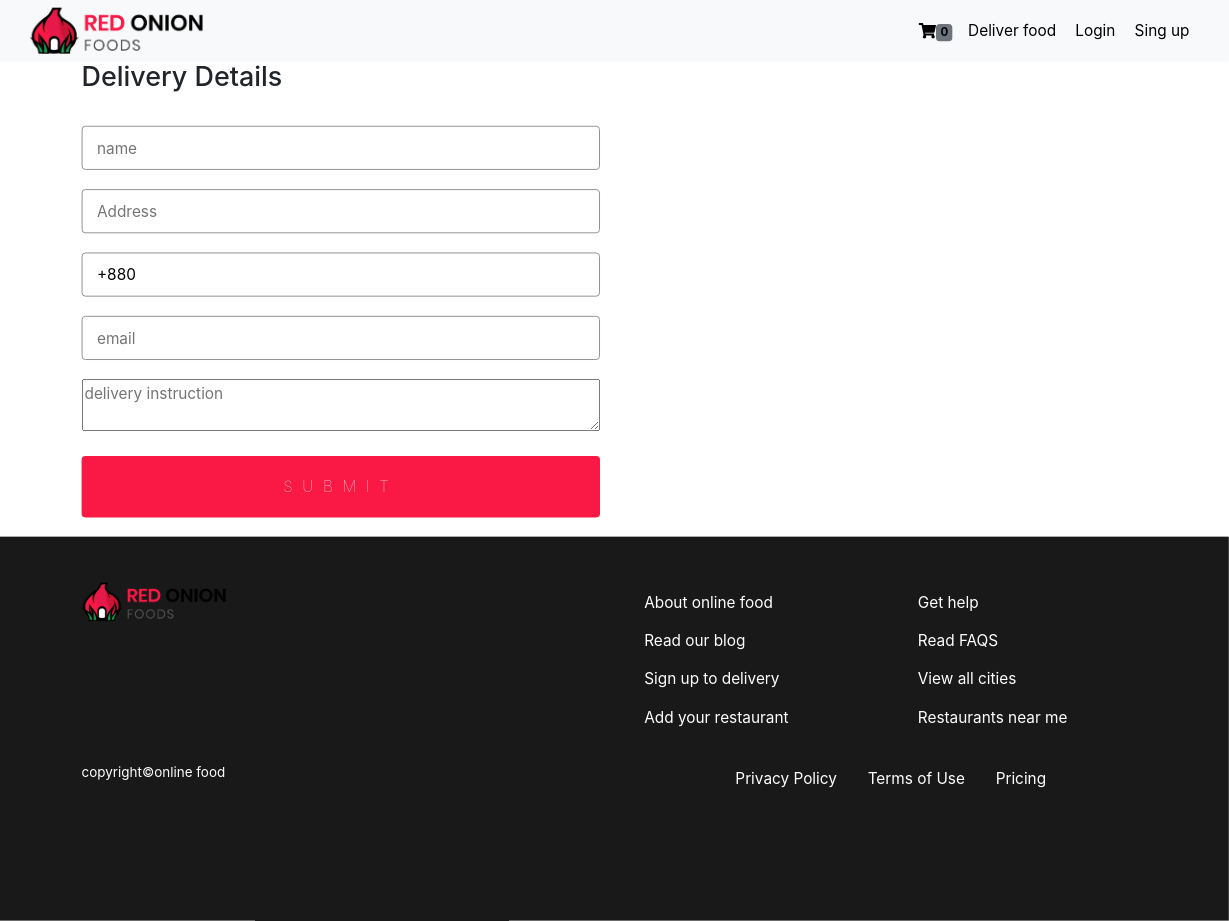
Repository: arif286/red-onion-client
Page: /cart
These files come from the project's save history. The page is drawn as it stood at one moment and after the next save; the edit follows.
The browser window is 1280 px wide. The pictures show the whole page, at 96% of full size.
The project was rebuilt for these pictures with package versions that can differ from the ones it lists, and the page was loaded fresh each time. Also part of the build but not shown: src/App.css, src/components/SearchBar/SearchBar.css, src/components/SearchBar/SearchBar.js, src/components/FoodDetails/FoodDetail.css, src/components/FoodDetails/FoodDetail.js, src/components/DeliveryFood/DeliveryFood.js, src/components/Food/Food.css, src/components/Food/FoodItem.js and 9 more.

Above is the page before, as saved 2021-03-30 16:38:10.

### src/App.js
import "bootstrap/dist/css/bootstrap.min.css";
import React, { createContext, useState } from "react";
import { BrowserRouter as Router, Route, Switch } from "react-router-dom";
import './App.css';
import Cart from "./components/Cart/Cart";
import FoodDetail from "./components/FoodDetails/FoodDetail";
import Footer from "./components/Footer/Footer";
import Header from "./components/Header/Header";
import Home from './components/Home/Home';
import Login from "./components/LogIn/Login";
import SingUp from "./components/SingUp/SingUp";


export const UserContext = createContext();
function App() {
  const [loggedInUser, setLoggedInUser] = useState({});
  return (
    <UserContext.Provider value={[loggedInUser, setLoggedInUser]}>
      <Router>
        <Header />
        <Switch>
          <Route path="/home">
            <Home />
          </Route>
          <Route path="/signUp">
            <SingUp />
          </Route>
          <Route path="/login">
            <Login />
          </Route>
          <Route path="/food/details/:foodId">
            <FoodDetail />
          </Route>
          <Route path='/cart'>
            <Cart/>
          </Route>
          <Route exact path="/">
            <Home/>
          </Route>
        </Switch>
        <Footer />
      </Router>
    </UserContext.Provider>
  );

}

export default App;

### src/components/Cart/Cart.js
import React, { useContext } from 'react';
import { useForm } from 'react-hook-form';
import { UserContext } from '../../App';
import './Cart.css';
const Cart = () => {
    const [loggedInUser, setLoggedInUser] = useContext(UserContext);
    const { count, foodItem } = loggedInUser;

    const { register, handleSubmit, errors } = useForm();

    const onSubmit = (data) => {
        console.log(data)
    }
    return (
      <div className="container">
        <div className="row justify-content-between">
          <div className="col-md-6 col-sm-12">
            <h3>Delivery Details</h3>
            <form className="delivery-form" onSubmit={handleSubmit(onSubmit)}>
              <input
                type="text"
                name="name"
                placeholder="name"
                ref={register({
                  validate: (value) => value.length !== "",
                  required: true,
                })}
              />
              {errors.name && <p>please write your name</p>}

              <input
                type="text"
                name="address"
                placeholder="Address"
                ref={register({
                  validate: (value) => value.length !== "",
                  required: true,
                })}
              />
              {errors.address && <p>please write correct address</p>}
              <input
                type="phone"
                name="phone"
                placeholder="phone"
                defaultValue="+880"
                ref={register({
                  validate: (value) => value.length !== 14,
                  required: true,
                })}
              />
              {errors.phone && <p>please type a correct number</p>}
              <input
                name="email"
                type="email"
                placeholder="email"
                ref={register({
                  pattern: /^(([^<>()[\]\\.,;:\s@"]+(\.[^<>()[\]\\.,;:\s@"]+)*)|(".+"))@((\[[0-9]{1,3}\.[0-9]{1,3}\.[0-9]{1,3}\.[0-9]{1,3}\])|(([a-zA-Z\-0-9]+\.)+[a-zA-Z]{2,}))$/,
                  required: true,
                })}
              />
              {errors.email && <p>Invalid Email</p>}
              <textarea
                // class="form-control"
                type="text"
                name="instruction"
                placeholder="delivery instruction"
                required={true}
              />
              <input type="submit" value="submit" />
            </form>
          </div>
          <div className="col-md-4 col-sm-12"></div>
        </div>
      </div>
    );
};

export default Cart;

### src/components/Footer/Footer.js
import React from 'react';
import { NavLink } from 'react-bootstrap';
import Logo from '../../onion-restaurent/logo2.png';
import './Footer.css';

const Footer = () => {
    return (
      <footer>
        <div className="container">
          <div className="row pt-5">
            <div className="col-md-6 col-sm-12 pb-4">
              <img className="footer-img" src={Logo} alt="" />
            </div>
            <div className="col-md-3 col-sm-12 pb-4">
              <ul className="nav flex-column">
                <li className="nav-item">
                  <NavLink
                    className="nav-link active footer-link"
                    aria-current="page"
                    to="/"
                  >
                    About online food
                  </NavLink>
                </li>
                <li className="nav-item">
                  <NavLink className="nav-link footer-link" to="/">
                    Read our blog
                  </NavLink>
                </li>
                <li className="nav-item">
                  <NavLink className="nav-link footer-link" to="/">
                    Sign up to delivery
                  </NavLink>
                </li>
                <li className="nav-item">
                  <NavLink className="nav-link footer-link" to="/">
                    Add your restaurant
                  </NavLink>
                </li>
              </ul>
            </div>
            <div className="col-md-3 col-sm-12 pb-4">
              <ul className="nav flex-column">
                <li className="nav-item">
                  <NavLink
                    className="nav-link footer-link"
                    aria-current="page"
                    to="/"
                  >
                    Get help
                  </NavLink>
                </li>
                <li className="nav-item">
                  <NavLink className="nav-link footer-link" to="/">
                    Read FAQS
                  </NavLink>
                </li>
                <li className="nav-item">
                  <NavLink className="nav-link footer-link" to="/">
                    View all cities
                  </NavLink>
                </li>
                <li className="nav-item">
                  <NavLink className="nav-link footer-link" to="/">
                    Restaurants near me
                  </NavLink>
                </li>
              </ul>
            </div>
          </div>

          <div className="row">
            <div className="col-md-7">
              <p className='copy-right'>
                <small>
                  copyright<span>&#169;</span>online food
                </small>
              </p>
            </div>
            <div className="col-md-5">
              <div className='d-flex'>
                <NavLink className="footer-link">Privacy Policy</NavLink>
                <NavLink className="footer-link">Terms of Use</NavLink>
                <NavLink className="footer-link">Pricing</NavLink>
              </div>
            </div>
          </div>
        </div>
      </footer>
    );
};

export default Footer;

### src/components/Header/Header.js
import { faShoppingCart } from "@fortawesome/free-solid-svg-icons";
import { FontAwesomeIcon } from "@fortawesome/react-fontawesome";
import React from 'react';
import { NavLink } from "react-router-dom";
import logo from '../../onion-restaurent/logo2.png';
import './Header.css';
const cart = <FontAwesomeIcon icon={faShoppingCart} />;
const Header = () => {
    const header = {
        logo : {width: '180px'}
    }
    return (
      <div>
        <nav className="navbar navbar-expand-lg navbar-light bg-light">
          <div className="container-fluid">
            <div>
              <img style={header.logo} src={logo} alt="" />
            </div>
            <button
              className="navbar-toggler"
              type="button"
              data-bs-toggle="collapse"
              data-bs-target="#navbarNav"
              aria-controls="navbarNav"
              aria-expanded="false"
              aria-label="Toggle navigation"
            >
              <span className="navbar-toggler-icon"></span>
            </button>
            <div
              className="collapse  navbar-collapse justify-content-end"
              id="navbarNav"
            >
              <ul className="navbar-nav align-items-center">
                <li className="nav-item">
                  <button className=" cart-btn" to="/">
                    {cart}
                    <small className="badge bg-secondary">0</small>
                  </button>
                </li>
                <li className="nav-item">
                  <NavLink className="header-link" to="/cart">
                    Deliver food
                  </NavLink>
                </li>
                <li className="nav-item">
                  <NavLink className="header-link" to="/login">
                    Login
                  </NavLink>
                </li>
                <li className="nav-item">
                  <NavLink className="header-link" to="/signUp">
                    Sing up
                  </NavLink>
                </li>
              </ul>
            </div>
          </div>
        </nav>
      </div>
    );
};

export default Header;

### src/components/Cart/Cart.css
.delivery-form input {
  width: 100%;
  padding: 10px 15px;
  box-sizing: border-box;
  margin-bottom: 20px;
  border: 1px solid #909090;
  outline: none;
  border-radius: 4px;
}
.delivery-form input:first-child {
  margin-top: 25px;
}
.delivery-form input:nth-child(5) {
  line-height: 3.5;
}
.delivery-form p {
  color: #bf1650;
  margin-bottom: 20px;
}

.delivery-form p::before {
  display: inline;
  content: "⚠ ";
}

button[type="submit"],
.delivery-form input[type="submit"] {
  background: #f91944;
  color: white;
  text-transform: uppercase;
  border: none;
  margin-top: 20px;
  padding: 20px;
  font-size: 16px;
  font-weight: 100;
  letter-spacing: 10px;
}

button[type="submit"]:hover,
.delivery-form input[type="submit"]:hover {
  background: #d83153;
}
.delivery-form textarea {
  width: 100%;
}

### src/components/Footer/Footer.css
.footer-img {
  width: 150px;
}
footer {
  background-color: #191919;
  height: 400px;
}
.footer-link {
  color: white;
}
.footer-link:hover {
  color: #878787;
}
.copy-right {
  color: white;
}

### src/components/Header/Header.css
.header-link {
  color: black;
  display: inline-block;
  padding: 10px;
}
.header-link:hover {
  text-decoration: none;
  color: #777777;
}
.cart-btn {
  border: none;
  background: none;
}

Loaded but not shown: public/index.html (common file); src/index.js (common file); src/index.css (common file); src/reportWebVitals.js (common file)

After the next save:
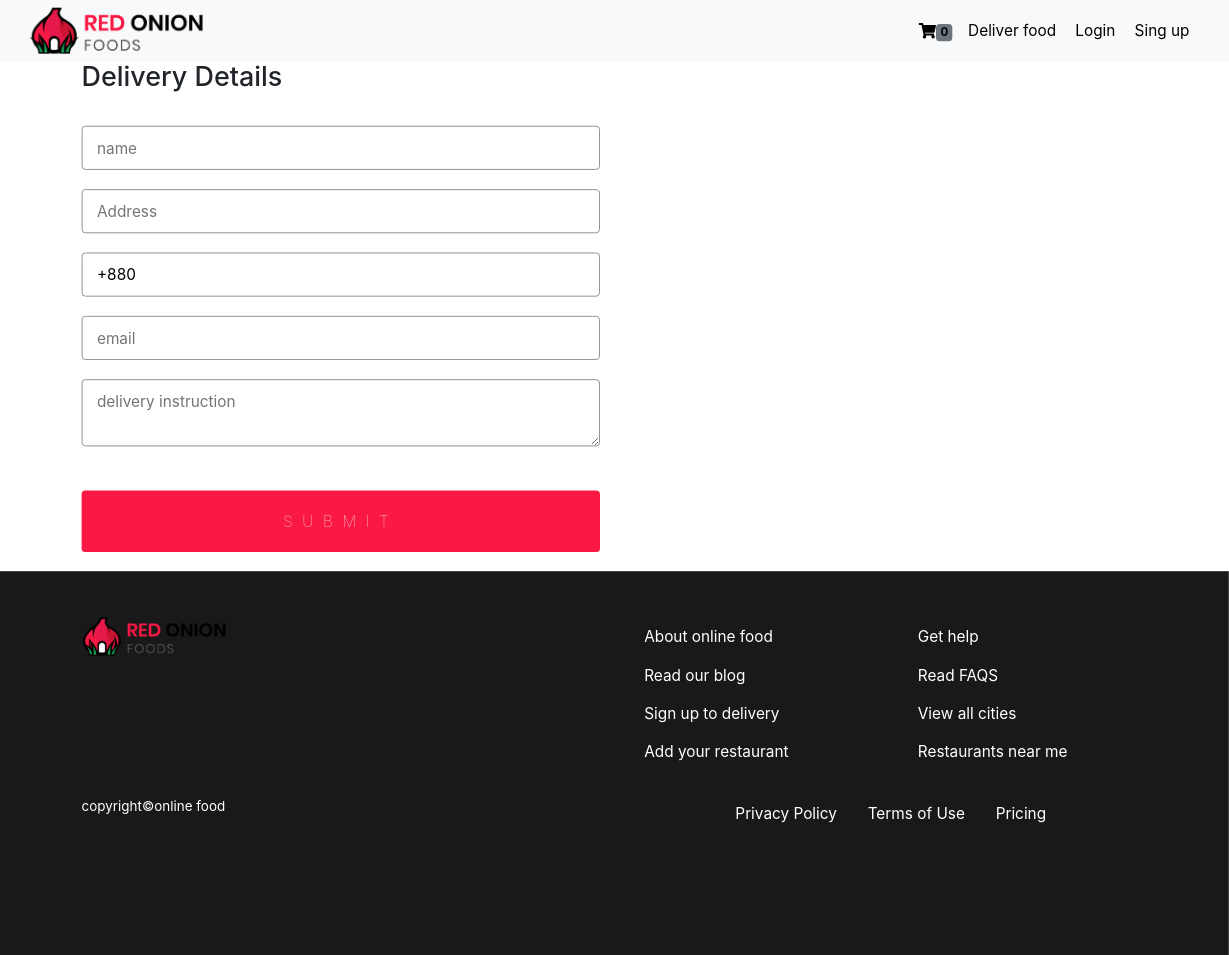
Saved 22 s later.
--- a/src/components/Cart/Cart.css
+++ b/src/components/Cart/Cart.css
@@ -42,4 +42,10 @@ button[type="submit"]:hover,
 }
 .delivery-form textarea {
   width: 100%;
+  padding: 10px 15px;
+  box-sizing: border-box;
+  margin-bottom: 20px;
+  border: 1px solid #909090;
+  outline: none;
+  border-radius: 4px;
 }
